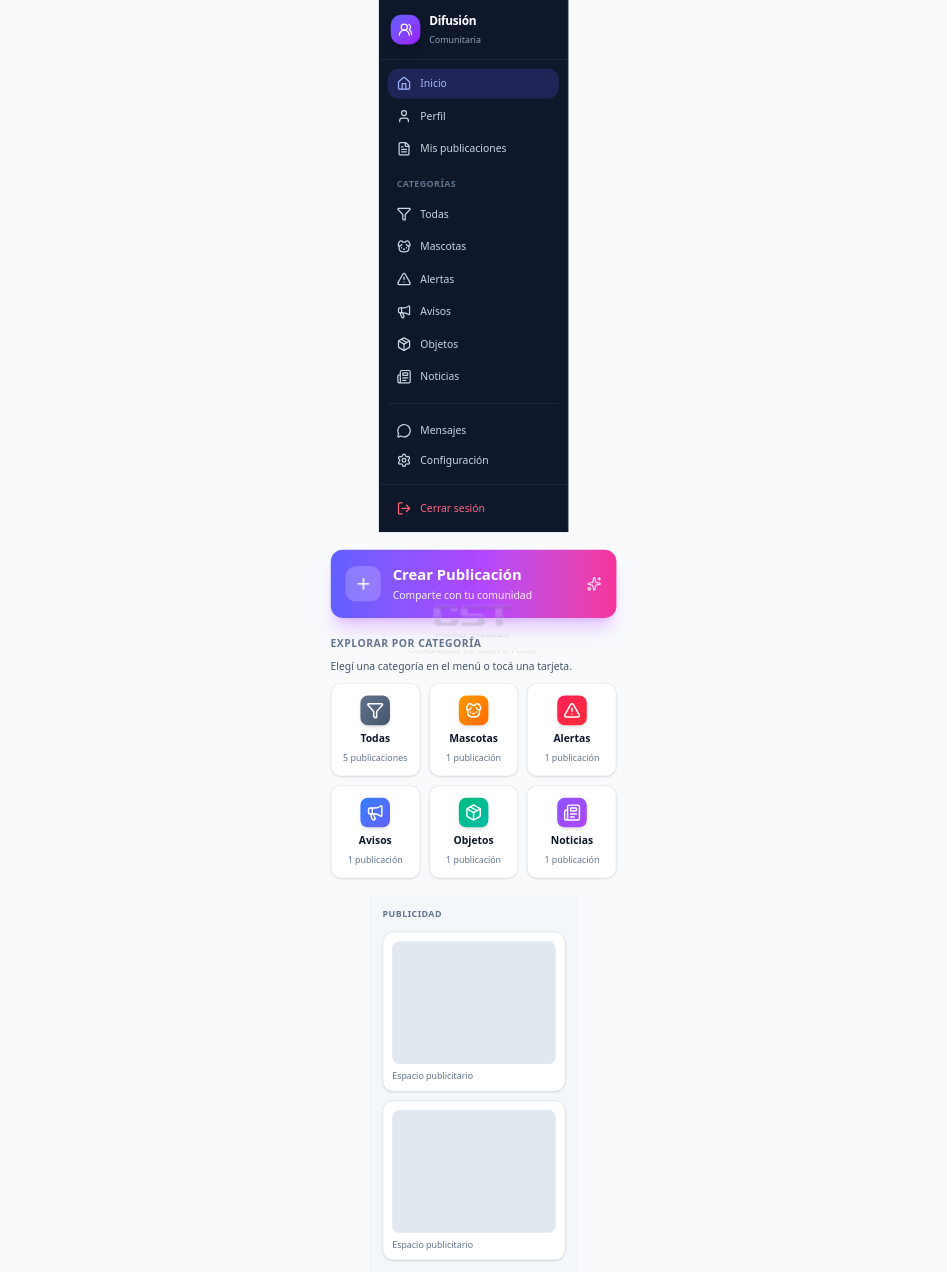
Repository: francoluca35/App-comunitaria
Page: /
The author's editor kept a copy of each file at every save. The page is drawn from the files as they stood at one save, then again after the next save.
The browser window is 1280 px wide. The pictures show the whole page, at 74% of full size.
The project was rebuilt for these pictures with package versions that can differ from the ones it lists, and the page was loaded fresh each time. The framework's server and built-in components were replaced by stand-ins that run in the browser. Also part of the build but not shown: next.config.mjs.

Above is the page before, as saved 2026-03-06 14:08:50.

### src/app/layout.tsx
import './globals.css'
import { Providers } from './providers'

export const metadata = {
  title: 'Comunidad',
  description: 'Plataforma de difusión comunitaria',
}

export default function RootLayout({ children }: { children: React.ReactNode }) {
  return (
    <html lang="es">
      <body>
        <Providers>{children}</Providers>
      </body>
    </html>
  )
}

### src/app/page.tsx
'use client'

import Link from 'next/link'
import { useApp, Category } from './providers'
import {
  Dog,
  AlertTriangle,
  Megaphone,
  Package,
  Newspaper,
  Filter,
  Plus,
  Sparkles,
} from 'lucide-react'
import { DashboardLayout } from '@/components/DashboardLayout'

const CATEGORIES: {
  value: Category | 'all'
  slug: string
  label: string
  icon: React.ReactNode
  iconClass: string
}[] = [
  { value: 'all', slug: 'todas', label: 'Todas', icon: <Filter className="w-6 h-6" />, iconClass: 'bg-gradient-to-br from-slate-500 to-slate-600 dark:from-slate-400 dark:to-slate-500' },
  { value: 'mascotas', slug: 'mascotas', label: 'Mascotas', icon: <Dog className="w-6 h-6" />, iconClass: 'bg-gradient-to-br from-amber-500 to-orange-500 dark:from-amber-400 dark:to-orange-400' },
  { value: 'alertas', slug: 'alertas', label: 'Alertas', icon: <AlertTriangle className="w-6 h-6" />, iconClass: 'bg-gradient-to-br from-rose-500 to-red-500 dark:from-rose-400 dark:to-red-400' },
  { value: 'avisos', slug: 'avisos', label: 'Avisos', icon: <Megaphone className="w-6 h-6" />, iconClass: 'bg-gradient-to-br from-blue-500 to-indigo-500 dark:from-blue-400 dark:to-indigo-400' },
  { value: 'objetos', slug: 'objetos', label: 'Objetos', icon: <Package className="w-6 h-6" />, iconClass: 'bg-gradient-to-br from-emerald-500 to-teal-500 dark:from-emerald-400 dark:to-teal-400' },
  { value: 'noticias', slug: 'noticias', label: 'Noticias', icon: <Newspaper className="w-6 h-6" />, iconClass: 'bg-gradient-to-br from-violet-500 to-purple-500 dark:from-violet-400 dark:to-purple-400' },
]

function getCategoryCount(posts: { category: Category }[], value: Category | 'all') {
  if (value === 'all') return posts.length
  return posts.filter((p) => p.category === value).length
}

export default function HomePage() {
  const { posts } = useApp()
  const approvedPosts = posts.filter((p) => p.status === 'approved')

  return (
    <DashboardLayout>
      <div className="w-full">
        {/* CTA Crear Publicación */}
        <Link
          href="/create"
          className="group flex items-center justify-between gap-4 rounded-2xl p-4 sm:p-5 mb-6 text-white overflow-hidden bg-gradient-to-r from-indigo-500 via-purple-500 to-pink-500 shadow-xl shadow-purple-500/25 hover:shadow-2xl hover:shadow-purple-500/30 hover:scale-[1.01] active:scale-[0.99] transition-all duration-300"
        >
          <div className="flex items-center gap-4">
            <span className="flex items-center justify-center w-12 h-12 rounded-xl bg-white/20 backdrop-blur-sm group-hover:bg-white/30 transition-colors">
              <Plus className="w-6 h-6 group-hover:rotate-90 transition-transform duration-300" />
            </span>
            <div>
              <span className="text-xl font-bold block">Crear Publicación</span>
              <span className="text-sm text-white/90">Comparte con tu comunidad</span>
            </div>
          </div>
          <Sparkles className="w-5 h-5 text-white/80 group-hover:animate-pulse" />
        </Link>

        {/* Resumen: acceso rápido por categoría */}
        <section>
          <h2 className="text-sm font-semibold text-slate-500 dark:text-gray-400 uppercase tracking-wider mb-3">
            Explorar por categoría
          </h2>
          <p className="text-slate-600 dark:text-gray-400 text-sm mb-3">
            Elegí una categoría en el menú o tocá una tarjeta.
          </p>
          <div className="grid grid-cols-2 sm:grid-cols-3 gap-2 sm:gap-3">
            {CATEGORIES.map((cat) => {
              const count = getCategoryCount(approvedPosts, cat.value)
              return (
                <Link
                  key={cat.value}
                  href={`/categoria/${cat.slug}`}
                  className="group flex flex-col items-center gap-2 p-4 rounded-xl bg-white dark:bg-gray-800/80 border border-slate-200/80 dark:border-gray-700/80 shadow-sm hover:shadow-lg hover:shadow-slate-200/50 dark:hover:shadow-black/20 hover:border-transparent hover:-translate-y-0.5 active:translate-y-0 transition-all duration-200"
                >
                  <span
                    className={`flex items-center justify-center w-10 h-10 rounded-lg ${cat.iconClass} text-white shadow-md group-hover:scale-110 transition-transform duration-200`}
                  >
                    {cat.icon}
                  </span>
                  <span className="font-semibold text-slate-900 dark:text-white text-sm text-center">
                    {cat.label}
                  </span>
                  <span className="text-xs text-slate-500 dark:text-gray-400">
                    {count === 1 ? '1 publicación' : `${count} publicaciones`}
                  </span>
                </Link>
              )
            })}
          </div>
        </section>
      </div>
    </DashboardLayout>
  )
}

### src/app/globals.css
@import 'tailwindcss' source(none);
@source '../**/*.{js,ts,jsx,tsx}';
@import 'tw-animate-css';

@custom-variant dark (&:is(.dark *));

:root {
  --font-size: 16px;
  --background: #ffffff;
  --foreground: oklch(0.145 0 0);
  --card: #ffffff;
  --card-foreground: oklch(0.145 0 0);
  --popover: oklch(1 0 0);
  --popover-foreground: oklch(0.145 0 0);
  --primary: #030213;
  --primary-foreground: oklch(1 0 0);
  --secondary: oklch(0.95 0.0058 264.53);
  --secondary-foreground: #030213;
  --muted: #ececf0;
  --muted-foreground: #717182;
  --accent: #e9ebef;
  --accent-foreground: #030213;
  --destructive: #d4183d;
  --destructive-foreground: #ffffff;
  --border: rgba(0, 0, 0, 0.1);
  --input: transparent;
  --input-background: #f3f3f5;
  --switch-background: #cbced4;
  --font-weight-medium: 500;
  --font-weight-normal: 400;
  --ring: oklch(0.708 0 0);
  --chart-1: oklch(0.646 0.222 41.116);
  --chart-2: oklch(0.6 0.118 184.704);
  --chart-3: oklch(0.398 0.07 227.392);
  --chart-4: oklch(0.828 0.189 84.429);
  --chart-5: oklch(0.769 0.188 70.08);
  --radius: 0.625rem;
  --sidebar: oklch(0.985 0 0);
  --sidebar-foreground: oklch(0.145 0 0);
  --sidebar-primary: #030213;
  --sidebar-primary-foreground: oklch(0.985 0 0);
  --sidebar-accent: oklch(0.97 0 0);
  --sidebar-accent-foreground: oklch(0.205 0 0);
  --sidebar-border: oklch(0.922 0 0);
  --sidebar-ring: oklch(0.708 0 0);
}

.dark {
  --background: oklch(0.145 0 0);
  --foreground: oklch(0.985 0 0);
  --card: oklch(0.145 0 0);
  --card-foreground: oklch(0.985 0 0);
  --popover: oklch(0.145 0 0);
  --popover-foreground: oklch(0.985 0 0);
  --primary: oklch(0.985 0 0);
  --primary-foreground: oklch(0.205 0 0);
  --secondary: oklch(0.269 0 0);
  --secondary-foreground: oklch(0.985 0 0);
  --muted: oklch(0.269 0 0);
  --muted-foreground: oklch(0.708 0 0);
  --accent: oklch(0.269 0 0);
  --accent-foreground: oklch(0.985 0 0);
  --destructive: oklch(0.396 0.141 25.723);
  --destructive-foreground: oklch(0.637 0.237 25.331);
  --border: oklch(0.269 0 0);
  --input: oklch(0.269 0 0);
  --ring: oklch(0.439 0 0);
  --font-weight-medium: 500;
  --font-weight-normal: 400;
  --chart-1: oklch(0.488 0.243 264.376);
  --chart-2: oklch(0.696 0.17 162.48);
  --chart-3: oklch(0.769 0.188 70.08);
  --chart-4: oklch(0.627 0.265 303.9);
  --chart-5: oklch(0.645 0.246 16.439);
  --sidebar: oklch(0.205 0 0);
  --sidebar-foreground: oklch(0.985 0 0);
  --sidebar-primary: oklch(0.488 0.243 264.376);
  --sidebar-primary-foreground: oklch(0.985 0 0);
  --sidebar-accent: oklch(0.269 0 0);
  --sidebar-accent-foreground: oklch(0.985 0 0);
  --sidebar-border: oklch(0.269 0 0);
  --sidebar-ring: oklch(0.439 0 0);
}

@theme inline {
  --color-background: var(--background);
  --color-foreground: var(--foreground);
  --color-card: var(--card);
  --color-card-foreground: var(--card-foreground);
  --color-popover: var(--popover);
  --color-popover-foreground: var(--popover-foreground);
  --color-primary: var(--primary);
  --color-primary-foreground: var(--primary-foreground);
  --color-secondary: var(--secondary);
  --color-secondary-foreground: var(--secondary-foreground);
  --color-muted: var(--muted);
  --color-muted-foreground: var(--muted-foreground);
  --color-accent: var(--accent);
  --color-accent-foreground: var(--accent-foreground);
  --color-destructive: var(--destructive);
  --color-destructive-foreground: var(--destructive-foreground);
  --color-border: var(--border);
  --color-input: var(--input);
  --color-input-background: var(--input-background);
  --color-switch-background: var(--switch-background);
  --color-ring: var(--ring);
  --color-chart-1: var(--chart-1);
  --color-chart-2: var(--chart-2);
  --color-chart-3: var(--chart-3);
  --color-chart-4: var(--chart-4);
  --color-chart-5: var(--chart-5);
  --radius-sm: calc(var(--radius) - 4px);
  --radius-md: calc(var(--radius) - 2px);
  --radius-lg: var(--radius);
  --radius-xl: calc(var(--radius) + 4px);
  --color-sidebar: var(--sidebar);
  --color-sidebar-foreground: var(--sidebar-foreground);
  --color-sidebar-primary: var(--sidebar-primary);
  --color-sidebar-primary-foreground: var(--sidebar-primary-foreground);
  --color-sidebar-accent: var(--sidebar-accent);
  --color-sidebar-accent-foreground: var(--sidebar-accent-foreground);
  --color-sidebar-border: var(--sidebar-border);
  --color-sidebar-ring: var(--sidebar-ring);
}

@layer base {
  * {
    @apply border-border outline-ring/50;
  }

  body {
    @apply bg-background text-foreground;
  }

  html {
    font-size: var(--font-size);
  }

  h1 {
    font-size: var(--text-2xl);
    font-weight: var(--font-weight-medium);
    line-height: 1.5;
  }

  h2 {
    font-size: var(--text-xl);
    font-weight: var(--font-weight-medium);
    line-height: 1.5;
  }

  h3 {
    font-size: var(--text-lg);
    font-weight: var(--font-weight-medium);
    line-height: 1.5;
  }

  h4 {
    font-size: var(--text-base);
    font-weight: var(--font-weight-medium);
    line-height: 1.5;
  }

  label {
    font-size: var(--text-base);
    font-weight: var(--font-weight-medium);
    line-height: 1.5;
  }

  button {
    font-size: var(--text-base);
    font-weight: var(--font-weight-medium);
    line-height: 1.5;
  }

  input {
    font-size: var(--text-base);
    font-weight: var(--font-weight-normal);
    line-height: 1.5;
  }
}

/* Mobile-first custom styles */
.scrollbar-hide {
  -ms-overflow-style: none;
  scrollbar-width: none;
}

.scrollbar-hide::-webkit-scrollbar {
  display: none;
}

/* Smooth transitions */
* {
  -webkit-tap-highlight-color: transparent;
}

/* Safe area for mobile devices */
@supports (padding: max(0px)) {
  body {
    padding-bottom: max(0px, env(safe-area-inset-bottom));
  }
}

### src/components/DashboardLayout.tsx
'use client'

import { useState } from 'react'
import Link from 'next/link'
import { Menu, Megaphone } from 'lucide-react'
import { DashboardSidebar } from './DashboardSidebar'

export function DashboardLayout({ children }: { children: React.ReactNode }) {
  const [sidebarOpen, setSidebarOpen] = useState(false)

  return (
    <div className="relative flex min-h-screen bg-slate-50 dark:bg-[#84041c] items-center justify-center flex-col">

    <img
      src="/assets/logocst.png"
      alt="logo"
      className="absolute w-64 opacity-20"
    />
      {/* Sidebar izquierdo: oculto en móvil salvo overlay */}
      <div
        className={`fixed inset-y-0 left-0 z-40 lg:static lg:block ${
          sidebarOpen ? 'block' : 'hidden'
        }`}
      >
        <DashboardSidebar onNavigate={() => setSidebarOpen(false)} />
      </div>

      {sidebarOpen && (
        <button
          type="button"
          aria-label="Cerrar menú"
          className="fixed inset-0 z-30 bg-black/50 lg:hidden"
          onClick={() => setSidebarOpen(false)}
        />
      )}

      {/* Centro: feed con ancho acotado */}
      <div className="flex-1 flex flex-col min-w-0 max-w-full">
        <header className="sticky top-0 z-20 flex items-center justify-between gap-2 px-3 py-3 bg-white/90 dark:bg-gray-950/90 backdrop-blur-xl border-b border-slate-200/80 dark:border-gray-800 lg:hidden">
          <div className="flex items-center gap-2">
            <button
              type="button"
              onClick={() => setSidebarOpen(true)}
              className="p-2 rounded-xl text-slate-600 dark:text-gray-400 hover:bg-slate-100 dark:hover:bg-gray-800"
              aria-label="Abrir menú"
            >
              <Menu className="w-6 h-6" />
            </button>
            <span className="font-semibold text-slate-900 dark:text-white">Difusión Comunitaria</span>
          </div>
          <Link
            href="/publicidades"
            className="flex items-center gap-1.5 px-3 py-2 rounded-xl bg-indigo-500/15 text-indigo-600 dark:text-indigo-400 hover:bg-indigo-500/25 text-sm font-medium"
            aria-label="Publicidades"
          >
            <Megaphone className="w-4 h-4" />
            <span>Publicidades</span>
          </Link>
        </header>

        <main className="flex-1 p-4 lg:p-6 overflow-auto flex justify-center">
          <div className="w-full max-w-2xl">
            {children}
          </div>
        </main>
      </div>

      {/* Columna fija: publicidad (solo desktop) */}
      <aside className="hidden xl:block w-[280px] shrink-0 border-l border-slate-200/80 dark:border-gray-800 bg-slate-100/50 dark:bg-gray-900/50 overflow-y-auto">
        <div className="sticky top-0 p-4 space-y-4">
          <h3 className="text-xs font-semibold text-slate-500 dark:text-gray-500 uppercase tracking-wider">
            Publicidad
          </h3>
          <div className="space-y-3">
            <div className="rounded-xl bg-white dark:bg-gray-800/80 border border-slate-200 dark:border-gray-700 p-3 shadow-sm">
              <div className="aspect-[4/3] rounded-lg bg-slate-200 dark:bg-gray-700 mb-2" />
              <p className="text-xs text-slate-500 dark:text-gray-400">Espacio publicitario</p>
            </div>
            <div className="rounded-xl bg-white dark:bg-gray-800/80 border border-slate-200 dark:border-gray-700 p-3 shadow-sm">
              <div className="aspect-[4/3] rounded-lg bg-slate-200 dark:bg-gray-700 mb-2" />
              <p className="text-xs text-slate-500 dark:text-gray-400">Espacio publicitario</p>
            </div>
          </div>
        </div>
      </aside>
    </div>
  )
}

### src/lib/supabase/client.ts
import { createClient as createSupabaseClient } from '@supabase/supabase-js'

const supabaseUrl = process.env.NEXT_PUBLIC_SUPABASE_URL!
const supabaseAnonKey = process.env.NEXT_PUBLIC_SUPABASE_ANON_KEY!

export function createClient() {
  return createSupabaseClient(supabaseUrl, supabaseAnonKey)
}

### src/components/DashboardSidebar.tsx
'use client'

import Link from 'next/link'
import { usePathname, useRouter } from 'next/navigation'
import {
  Users2,
  Home,
  User,
  FileText,
  Filter,
  Dog,
  AlertTriangle,
  Megaphone,
  Package,
  Newspaper,
  MessageCircle,
  Settings,
  LogOut,
  LayoutDashboard,
} from 'lucide-react'
import { useApp } from '@/app/providers'

const CATEGORIES = [
  { slug: 'todas', label: 'Todas', icon: Filter },
  { slug: 'mascotas', label: 'Mascotas', icon: Dog },
  { slug: 'alertas', label: 'Alertas', icon: AlertTriangle },
  { slug: 'avisos', label: 'Avisos', icon: Megaphone },
  { slug: 'objetos', label: 'Objetos', icon: Package },
  { slug: 'noticias', label: 'Noticias', icon: Newspaper },
] as const

export function DashboardSidebar({ onNavigate }: { onNavigate?: () => void }) {
  const pathname = usePathname()
  const router = useRouter()
  const { currentUser, logout } = useApp()

  const isActive = (path: string) => {
    if (path === '/') return pathname === '/'
    return pathname.startsWith(path)
  }

  const linkClass = (active: boolean) =>
    `flex items-center gap-3 px-3 py-2.5 rounded-xl text-sm font-medium transition-colors ${
      active
        ? 'bg-indigo-500/20 text-indigo-300 dark:text-indigo-200'
        : 'text-slate-300 dark:text-gray-400 hover:bg-white/5 hover:text-white dark:hover:text-gray-200'
    }`

  return (
    <aside className="flex flex-col w-64 min-h-full bg-slate-900 dark:bg-[#440813] border-r border-slate-700/50 dark:border-gray-800 shrink-0">
      {/* Logo */}
      <div className="p-4 border-b border-slate-700/50 dark:border-gray-800">
        <Link href="/" className="flex items-center gap-3" onClick={onNavigate}>
          <div className="flex items-center justify-center w-10 h-10 rounded-xl bg-gradient-to-br from-indigo-500 to-purple-600 shadow-lg">
            <Users2 className="w-5 h-5 text-white" />
          </div>
          <div>
            <span className="text-white font-bold tracking-tight block">Difusión</span>
            <span className="text-slate-400 dark:text-gray-500 text-xs">Comunitaria</span>
          </div>
        </Link>
      </div>

      {/* Nav */}
      <nav className="flex-1 overflow-y-auto p-3 space-y-1">
        <Link href="/" className={linkClass(pathname === '/')} onClick={onNavigate}>
          <Home className="w-5 h-5 shrink-0" />
          Inicio
        </Link>
        <Link href="/profile" className={linkClass(isActive('/profile'))} onClick={onNavigate}>
          <User className="w-5 h-5 shrink-0" />
          Perfil
        </Link>
        <Link href="/mis-publicaciones" className={linkClass(isActive('/mis-publicaciones'))} onClick={onNavigate}>
          <FileText className="w-5 h-5 shrink-0" />
          Mis publicaciones
        </Link>

        <div className="pt-4 pb-2">
          <p className="px-3 text-xs font-semibold text-slate-500 dark:text-gray-500 uppercase tracking-wider">
            Categorías
          </p>
        </div>
        {CATEGORIES.map(({ slug, label, icon: Icon }) => {
          const href = `/categoria/${slug}`
          const active = pathname === href
          return (
            <Link key={slug} href={href} className={linkClass(active)} onClick={onNavigate}>
              <Icon className="w-5 h-5 shrink-0" />
              {label}
            </Link>
          )
        })}

        <div className="pt-4 border-t border-slate-700/50 dark:border-gray-800 mt-4">
          <Link href="#" className={linkClass(false)} onClick={onNavigate}>
            <MessageCircle className="w-5 h-5 shrink-0" />
            Mensajes
          </Link>
          <Link href="/profile" className={linkClass(isActive('/profile'))} onClick={onNavigate}>
            <Settings className="w-5 h-5 shrink-0" />
            Configuración
          </Link>
        </div>

        {currentUser?.isAdmin && (
          <Link href="/admin" className={linkClass(isActive('/admin'))} onClick={onNavigate}>
            <LayoutDashboard className="w-5 h-5 shrink-0" />
            Acceso Admin
          </Link>
        )}
      </nav>

      {/* Cerrar sesión */}
      <div className="p-3 border-t border-slate-700/50 dark:border-gray-800">
        <button
          type="button"
          onClick={async () => {
            await logout()
            onNavigate?.()
            router.push('/login')
          }}
          className="flex items-center gap-3 w-full px-3 py-2.5 rounded-xl text-sm font-medium text-rose-400 hover:bg-rose-500/10 hover:text-rose-300 transition-colors"
        >
          <LogOut className="w-5 h-5 shrink-0" />
          Cerrar sesión
        </button>
      </div>
    </aside>
  )
}

Loaded but not shown: src/app/components/ui/sonner.tsx (common file); src/app/providers.tsx (554 lines, source omitted)

After the next save:
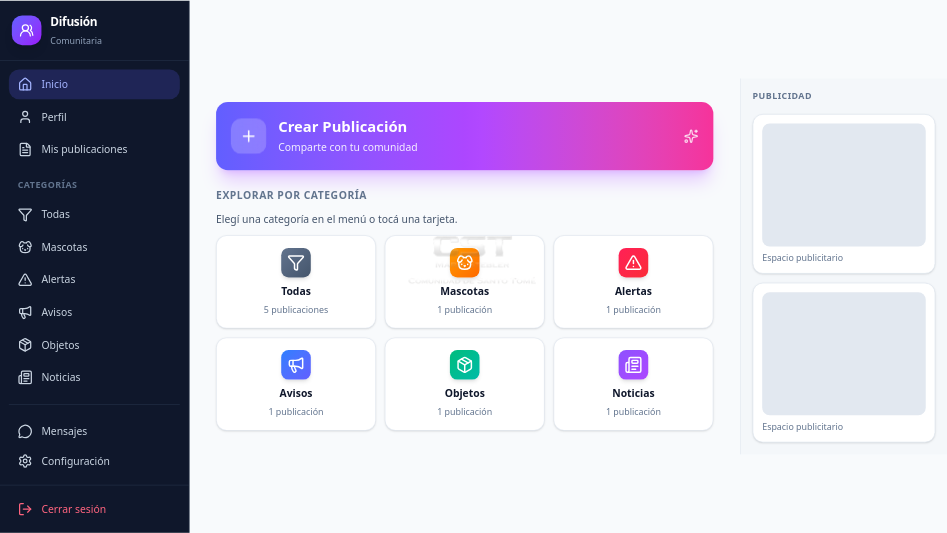
Saved 6 s later.
--- a/src/components/DashboardLayout.tsx
+++ b/src/components/DashboardLayout.tsx
@@ -9,7 +9,7 @@ export function DashboardLayout({ children }: { children: React.ReactNode }) {
   const [sidebarOpen, setSidebarOpen] = useState(false)
 
   return (
-    <div className="relative flex min-h-screen bg-slate-50 dark:bg-[#84041c] items-center justify-center flex-col">
+    <div className="relative flex min-h-screen bg-slate-50 dark:bg-[#84041c] items-center justify-center">
 
     <img
       src="/assets/logocst.png"
